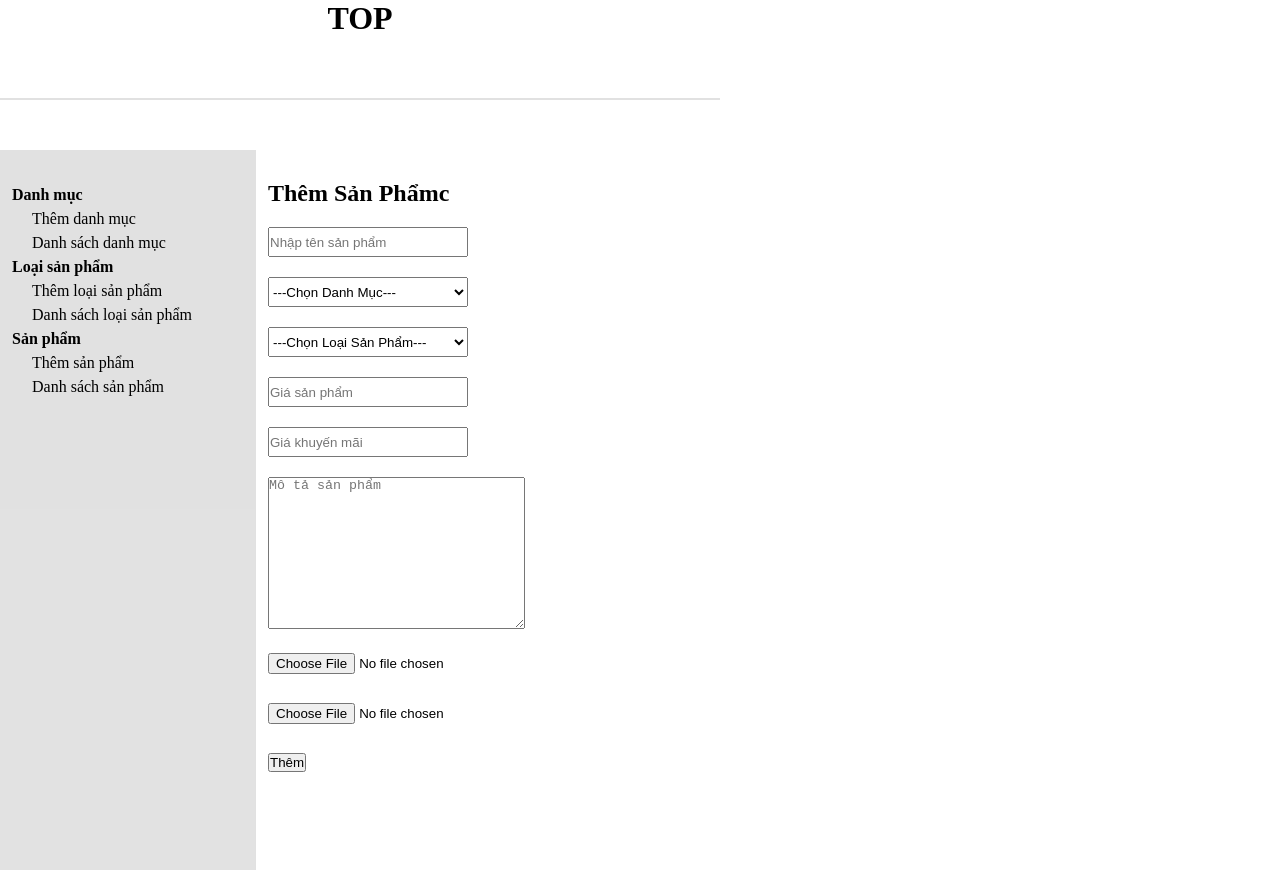
Repository: dinhvanbinh2310/ivy-moda
Page: Admin/productadd.html
An editor plug-in stored every save of this project. The page is shown before and after the next save, followed by the edit.
The browser window is 1280 px wide. The pictures show the whole page.

Above is the page before, as saved 2022-07-06 16:03:06.

### Admin/productadd.html
<!DOCTYPE html>
<html lang="en">
<head>
  <meta charset="UTF-8">
  <meta http-equiv="X-UA-Compatible" content="IE=edge">
  <meta name="viewport" content="width=device-width, initial-scale=1.0">
  <link rel="stylesheet" href="style.css">
  <title>Danh mục sản phẩm</title>
</head>
<body>
  <header>
    <h1>TOP</h1>
  </header>
  <section class="admin-content">
    <div class="admin-content-left">
      <ul>
        <li> <a href="#">Danh mục</a>
          <ul>
            <li><a href="">Thêm danh mục</a></li>
            <li><a href="">Danh sách danh mục</a></li>
          </ul>
        </li>
        <li> <a href="#">Loại sản phẩm</a>
          <ul>
            <li><a href="">Thêm loại sản phẩm</a></li>
            <li><a href="">Danh sách loại sản phẩm</a></li>
          </ul>
        </li>
        <li> <a href="#">Sản phẩm</a>
          <ul>
            <li><a href="">Thêm sản phẩm</a></li>
            <li><a href="">Danh sách sản phẩm</a></li></li>
        </ul>
      </ul>
    </div>
    <div class="admin-content-right">
      <div class="admin-content-right-product-add">
          <h1>Thêm Sản Phẩmc</h1>
          <form action="" method="POST">
            <input type="text" placeholder="Nhập tên sản phẩm">
            <select name="" id="">
                <option value="#">---Chọn Danh Mục---</option>
            </select>
            <select name="" id="">
              <option value="#">---Chọn Loại Sản Phẩm---</option>
          </select>
          <input type="text" placeholder="Giá sản phẩm">
          <input type="text" placeholder="Giá khuyến mãi">
          <textarea name="" id="" cols="30" rows="10" placeholder="Mô tả sản phẩm"></textarea>
          <input type="file">
          <input type="file">
          <button type="submit">Thêm</button>
          </form>
        </div>
      </div>
  </section>
</body>
</html>

### Admin/style.css
*{
  margin: 0;
  padding: 0;
  box-sizing: border-box;
  color: black;
  outline: none;
}
a{
  text-decoration: none;
}
ul{
  list-style: none;
}
header{
  height: 100px;
  width: 100vh;
  border-bottom: 2px solid #dddd;
  text-align: center;
  align-items: center;
}
.admin-content{
  padding-top: 50px;
  display: flex;
}
.admin-content-left{
  background-color: #dddd;
  width: 20%;
  height: 100vh;
  padding: 30px 0 0 12px;
}
.admin-content-left > ul >li >a{
  font-weight: bold;
}
.admin-content-left ul li{
  margin: 6px 0;
}
.admin-content-left ul ul{
  margin-left: 20px;
}
.admin-content-right{
  width: 80%;
  padding: 30px 0 0 12px;
}
.admin-content-right-cartegory-add input{
  height: 30px;
  width: 200px;
  padding-left: 12px;
  margin-top: 20px;
}
.admin-content-right-cartegory-add button{
  display: block;
  margin-top: 10px;
  height: 30px;
  width: 100px;
  cursor: pointer;
  background-color: brown;
  border: none;
  color: white;
  transition: all 0.3s ease;
}
.admin-content-right-cartegory-add button:hover{
  background-color: transparent;
  border: 1px solid brown;
  color: brown;
}
/* ------------------------Cartegorylist----------------------- */
.admin-content-right-cartegory_list table{
  width: 100%;
  text-align: center;
  margin-top: 20px;
}
.admin-content-right-cartegory_list table tr th,td{
  border: 1px solid #dddd;
}
table{
  border-collapse: collapse;
}
/* ------------------------Product----------------------- */
.admin-content-right-product-add input,select{
  width: 200px;
  height: 30px;
  display: block;
  margin: 20px 0;
}

After the next save:
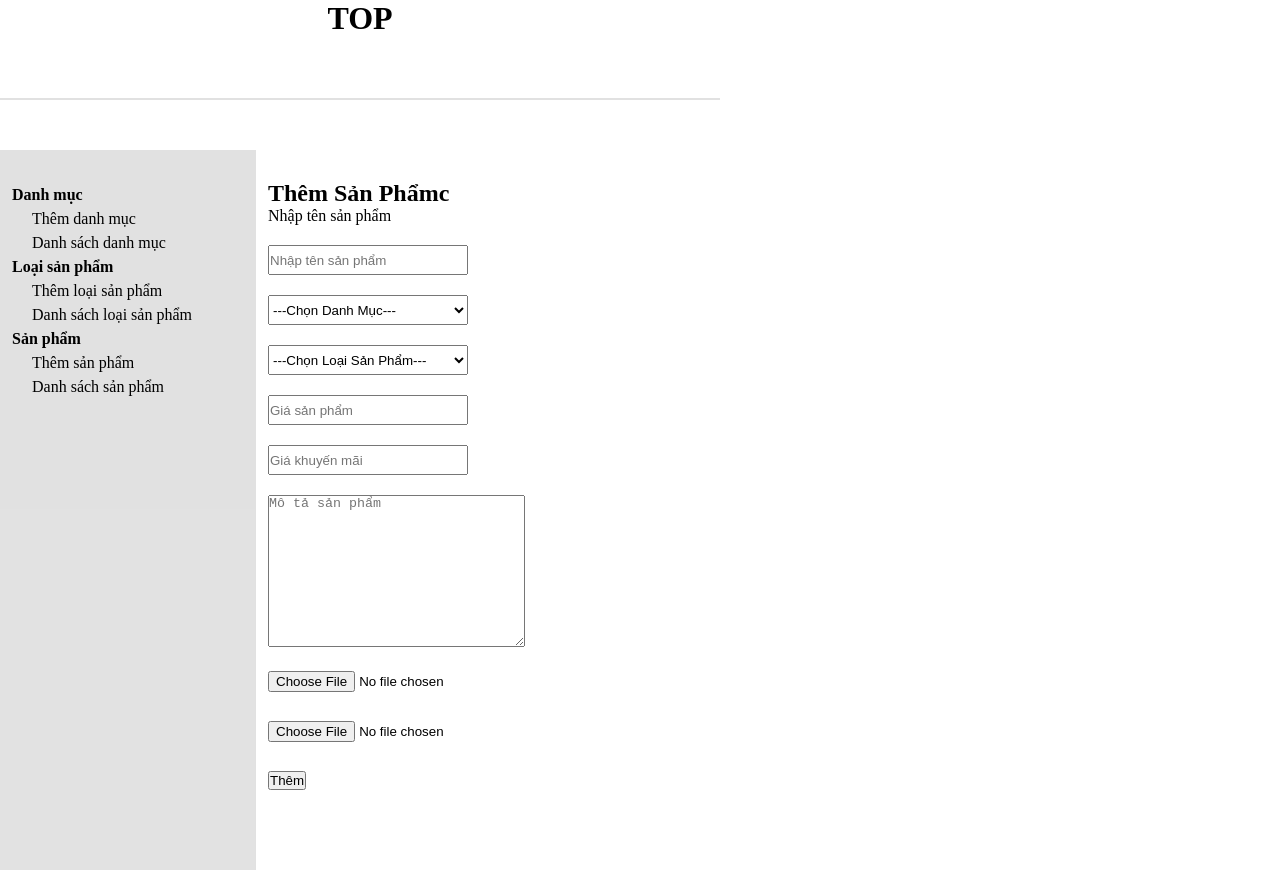
Saved 31 s later.
--- a/Admin/productadd.html
+++ b/Admin/productadd.html
@@ -37,6 +37,7 @@
       <div class="admin-content-right-product-add">
           <h1>Thêm Sản Phẩmc</h1>
           <form action="" method="POST">
+            <label for="">Nhập tên sản phẩm</label>
             <input type="text" placeholder="Nhập tên sản phẩm">
             <select name="" id="">
                 <option value="#">---Chọn Danh Mục---</option>
